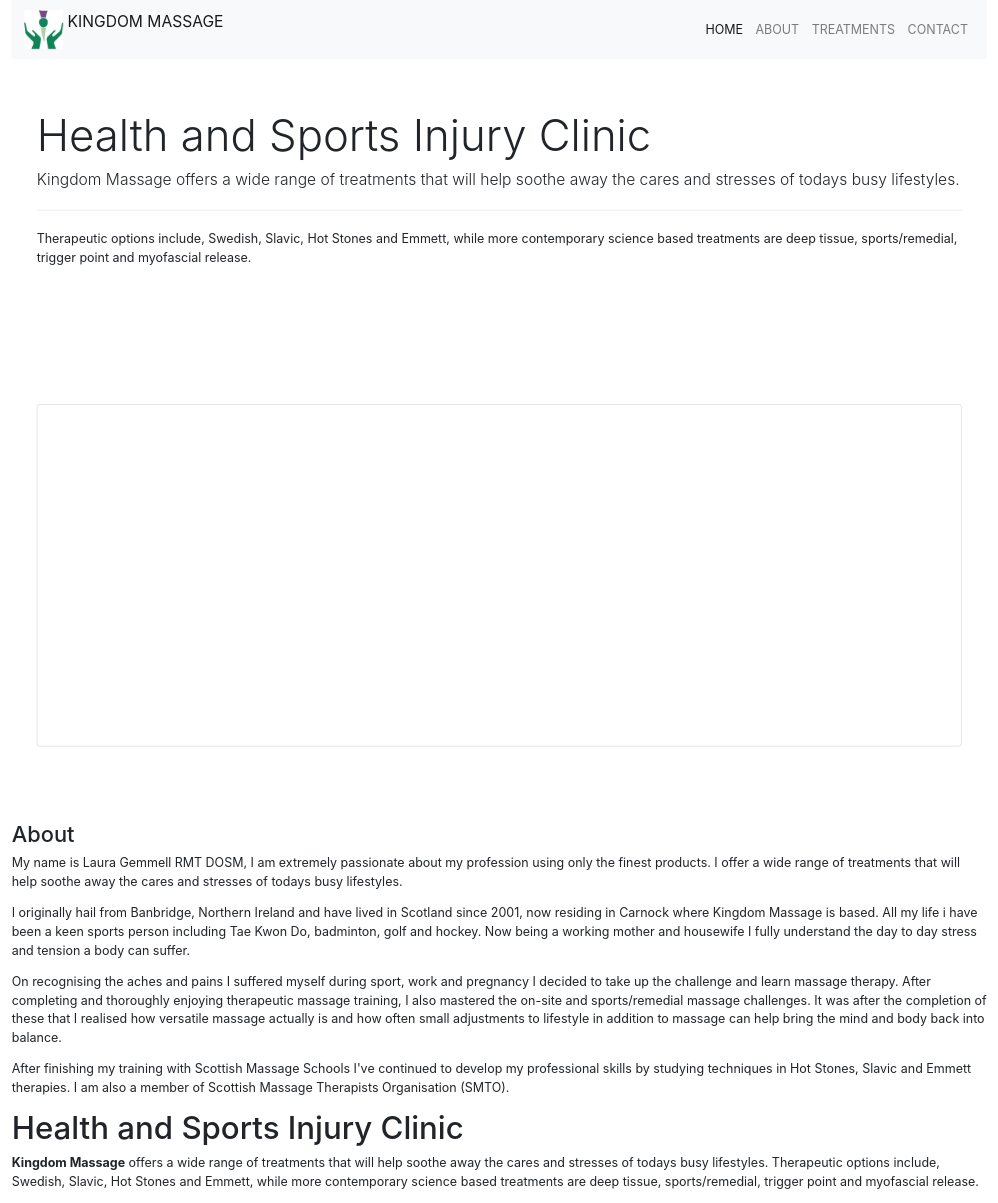
Repository: dalecars/User-Centric-Frontend-Development-Milestone-Project
Page: index.html
The author's editor kept a record of every edit. The page is drawn from the files as they stood at one moment, then again after the next edit.
The browser window is 1280 px wide. The pictures show the whole page, at 78% of full size.

Above is the page before.

### index.html
<!DOCTYPE html>
<html lang="en">
<head>
    <meta charset="UTF-8">
    <meta name="viewport" content="width=device-width, initial-scale=1.0">
    <meta http-equiv="X-UA-Compatible" content="ie=edge">
    <link rel="stylesheet" href="https://maxcdn.bootstrapcdn.com/bootstrap/4.1.3/css/bootstrap.min.css">
    <link rel="stylesheet" href="assets/css/style.css" type="text/css" />
    <title>Kingdom Massage</title>
</head>
<body>

<!-- ########### Header ########### -->

    <header class="container-fluid">
        <nav class="navbar navbar-expand-lg navbar-light bg-light navbar-fixed-top">
            <a class="navbar-brand" href="#">
                <img src="assets/images/logo.jpg" width="50" height="50" class="d-inline-block align-top" alt="logo">
                Kingdom Massage
            </a>


            <button class="navbar-toggler" type="button" data-toggle="collapse" data-target="#navbarNavDropdown" aria-controls="navbarNavDropdown" aria-expanded="false" aria-label="Toggle navigation">
                <span class="navbar-toggler-icon"></span>
            </button>

            <div class="collapse navbar-collapse" id="navbarNavDropdown">
                <div class="navbar-nav ml-auto">
                    <a class="nav-item nav-link active" href="#">Home <span class="sr-only">(current)</span></a>
                    <a class="nav-item nav-link" href="#">About</a>
                    <a class="nav-item nav-link" href="#">Treatments</a>
                    <a class="nav-item nav-link" href="#">Contact</a>
                </div>
            </div>
        </nav>


            <div class="jumbotron">
                <h1 class="display-4">Health and Sports Injury Clinic</h1>
                <p class="lead">Kingdom Massage offers a wide range of treatments that will help soothe away the cares and stresses of todays busy lifestyles.</p>
                <hr class="my-4">
                <p>Therapeutic options include, Swedish, Slavic, Hot Stones and Emmett, while more contemporary science based treatments are deep tissue, sports/remedial, trigger point and myofascial release.</p>
            </div>



        <div class="jumbotron">
            <div class="card card-image" style="background-image: url("../assets/images/massage-background.png");">
                <div class="text-white text-center rgba-stylish-strong py-5 px-4">
                    <div class="py-5">

                        <!-- Content -->
                        <h5 class="h5 orange-text"><i class="fas fa-camera-retro"></i> Photography</h5>
                        <h2 class="card-title h2 my-4 py-2">Jumbotron with image overlay</h2>
                        <p class="mb-4 pb-2 px-md-5 mx-md-5">Lorem ipsum dolor sit amet, consectetur adipisicing elit. Pariatur obcaecati vero aliquid libero doloribus ad, unde tempora maiores, ullam, modi qui quidem minima debitis perferendis vitae cumque et quo impedit.</p>
                        <a class="btn peach-gradient"><i class="fas fa-clone left"></i> View project</a>

                    </div>
                </div>
            </div>
        </div>

     </header>


  </div>
</div>
</div>

<!-- ########### About section ########### -->

    <section id="about">
        <div class="container-fluid about-container">
            <h3>About</h3>
            <p>My name is Laura Gemmell RMT DOSM, I am extremely passionate about my profession using only the finest products. I offer a wide range of treatments
            that will help soothe away the cares and stresses of todays busy lifestyles.</p>

            <p>I originally hail from Banbridge, Northern Ireland and have lived in Scotland since 2001, now residing in Carnock where Kingdom Massage is based.
            All my life i have been a keen sports person including Tae Kwon Do, badminton, golf and hockey. Now being a working mother and housewife I fully
            understand the day to day stress and tension a body can suffer.</p>

            <p>On recognising the aches and pains I suffered myself during sport, work and pregnancy I decided to take up the challenge and learn massage therapy.
            After completing and thoroughly enjoying therapeutic massage training, I also mastered the on-site and sports/remedial massage challenges. It was after
            the completion of these that I realised how versatile massage actually is and how often small adjustments to lifestyle in addition to massage can help
            bring the mind and body back into balance.</p>

            <p>After finishing my training with Scottish Massage Schools I've continued to develop my professional skills by studying techniques in Hot Stones,
            Slavic and Emmett therapies. I am also a member of Scottish Massage Therapists Organisation (SMTO).</p>
        </div>
    </section>


 <!-- ########### Treatmeant section ########### -->

     <section id="treatments">
        <div class="container-fluid about-container">
                <div class="title">
                    <h1>Health and Sports Injury Clinic</h3>
                </div>
                <div class="description">
                    <p><Strong>Kingdom Massage</strong> offers a wide range of treatments that will help soothe away the cares and stresses of todays busy
                    lifestyles. Therapeutic options include, Swedish, Slavic, Hot Stones and Emmett, while more contemporary science based treatments are deep tissue,
                    sports/remedial, trigger point and myofascial release.</p>
                </div>
        </div>
    </section>


  <!-- ########### Footer ########### -->

    <footer>
        <script src="https://code.jquery.com/jquery-3.3.1.slim.min.js" integrity="sha384-q8i/X+965DzO0rT7abK41JStQIAqVgRVzpbzo5smXKp4YfRvH+8abtTE1Pi6jizo" crossorigin="anonymous"></script>
        <script src="https://cdnjs.cloudflare.com/ajax/libs/popper.js/1.14.7/umd/popper.min.js" integrity="sha384-UO2eT0CpHqdSJQ6hJty5KVphtPhzWj9WO1clHTMGa3JDZwrnQq4sF86dIHNDz0W1" crossorigin="anonymous"></script>
        <script src="https://stackpath.bootstrapcdn.com/bootstrap/4.3.1/js/bootstrap.min.js" integrity="sha384-JjSmVgyd0p3pXB1rRibZUAYoIIy6OrQ6VrjIEaFf/nJGzIxFDsf4x0xIM+B07jRM" crossorigin="anonymous"></script>
    </footer>

 </body>
</html>

### assets/css/style.css
body {
    margin: 0px;
    padding: 0px;
}

/******************* navbar *******************/

.navbar {
    background: none;
    text-transform: uppercase;
}

.navbar-nav {
    text-align: right;
}


/******************* jumbotron *******************/

.top-container {
    height: 90vh;
    background: url("../images/massage-background.png") no-repeat bottom center fixed;
    -webkit-background-size: cover;
    -moz-background-size: cover;
    -o-background-size: cover;
    background-size: cover;
}

.jumbotron {
    background-color: transparent
}

After the next edit:
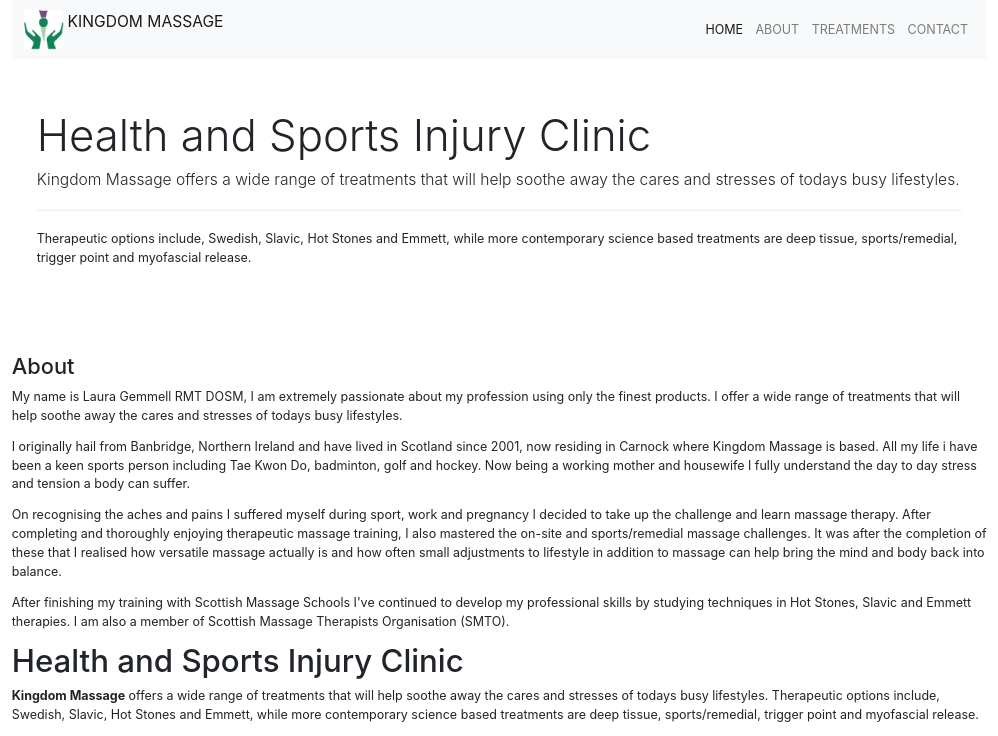
The edit:
--- a/index.html
+++ b/index.html
@@ -43,22 +43,6 @@
             </div>
 
 
-
-        <div class="jumbotron">
-            <div class="card card-image" style="background-image: url("../assets/images/massage-background.png");">
-                <div class="text-white text-center rgba-stylish-strong py-5 px-4">
-                    <div class="py-5">
-
-                        <!-- Content -->
-                        <h5 class="h5 orange-text"><i class="fas fa-camera-retro"></i> Photography</h5>
-                        <h2 class="card-title h2 my-4 py-2">Jumbotron with image overlay</h2>
-                        <p class="mb-4 pb-2 px-md-5 mx-md-5">Lorem ipsum dolor sit amet, consectetur adipisicing elit. Pariatur obcaecati vero aliquid libero doloribus ad, unde tempora maiores, ullam, modi qui quidem minima debitis perferendis vitae cumque et quo impedit.</p>
-                        <a class="btn peach-gradient"><i class="fas fa-clone left"></i> View project</a>
-
-                    </div>
-                </div>
-            </div>
-        </div>
 
      </header>
 
